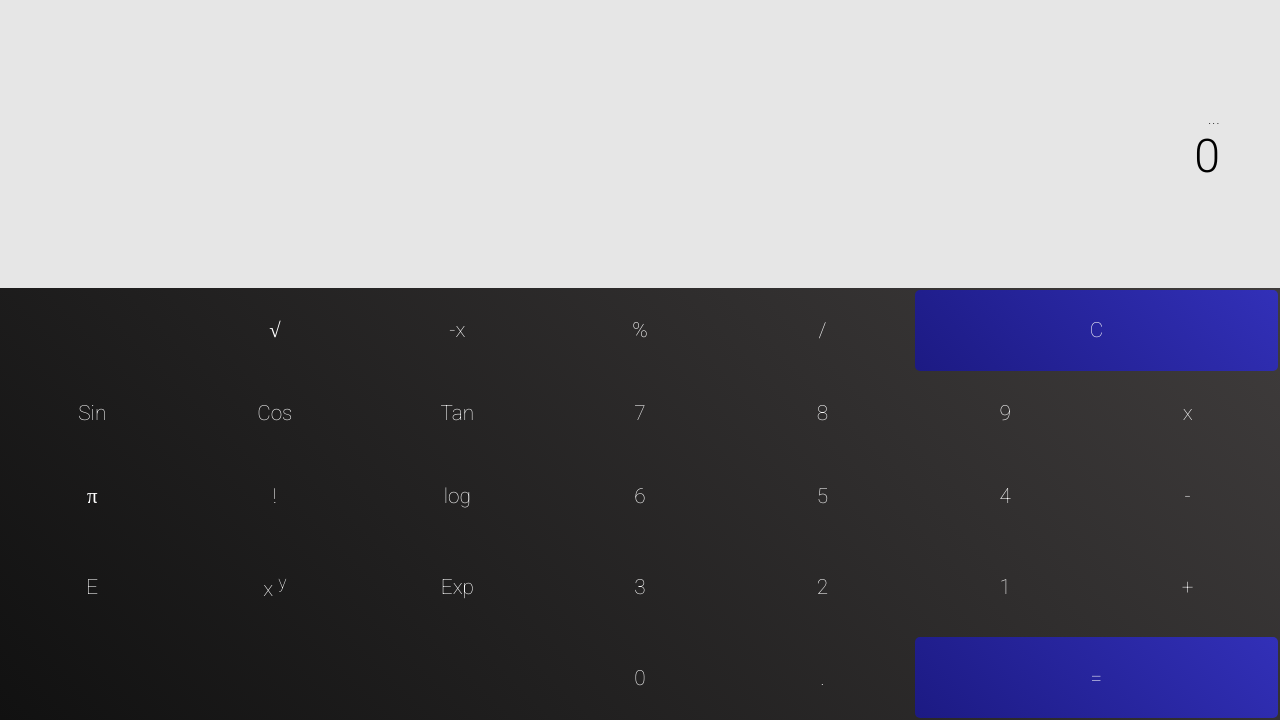
Repository: iamevs/calculator-electron-js
Page: src/index.html
An editor plug-in stored every save of this project. The page is shown before and after the next save, followed by the edit.
The browser window is 1280 px wide. The pictures show the whole page.

Above is the page before, as saved 2022-11-01 16:54:44.

### src/index.html
<!DOCTYPE html>
<html>
  <head>
    <meta charset="UTF-8">
    <title>Calculator</title>
    <link rel="preconnect" href="https://fonts.gstatic.com">
    <link href="https://fonts.googleapis.com/css2?family=Roboto:wght@100;300&display=swap" rel="stylesheet">
    <link rel="stylesheet" href="index.css">
  </head>
  <body>

    <!-- Display Calculator -->

    <div class="calc_display" >
        <p>...</p>
        <p>0</p>
    </div>

    <!-- Buttons Calculator -->
    <div class="calc_keys">
        <table>
            <tr>
                <td></td>
                <td data-function="root">√</td>
                <td data-function="negpos">-x</td>
                <td data-function="percent">%</td>
                <td data-function="divide">/</td>
                <td data-function="clear" colspan="2" class="clear-enable">C</td>
            </tr>
            <tr>
                <td data-function="sin">Sin</td>
                <td data-function="cos">Cos</td>
                <td data-function="tan">Tan</td>
                <td class="number" >7</td>
                <td class="number" >8</td>
                <td class="number" >9</td>
                <td data-function="multiply">x</td>
            </tr>
            <tr>
                <td data-function="pi">π</td>
                <td data-function="fact">!</td>
                <td data-function="log">log</td>
                <td class="number" >6</td>
                <td class="number" >5</td>
                <td class="number" >4</td>
                <td data-function="sub">-</td>
            </tr>
            <tr>
                <td data-function="e">E</td>
                <td data-function="pot">x <sup>y</sup></td>
                <td data-function="exp">Exp</td>
                <td class="number" >3</td>
                <td class="number" >2</td>
                <td class="number" >1</td>
                <td data-function="add">+</td>
            </tr>
            <tr>
                <td class="space_button" colspan="3"></td>
                <td class="number" colspan="1" >0</td>
                <td data-function="decimal" colspan="1" >.</td>
                <td colspan="2" id='calc-equal' data-function="equal">=</td>
            </tr>
        </table>
    </div>
  </body>
  <script src="calculator.js"></script>
</html>

### src/index.css
html,
body {

  width: 100%;
  height: 100vh;
}

:root {

  --ButtonColor: rgb(64, 64, 64);
  --DisplayColor: rgb(230, 230, 230);
  --ButtonHover: rgb(63, 63, 63);
}
* {

  padding: 0;
  margin: 0;

  font-family: 'Roboto';
  font-weight: 100;
  color: white;

  box-sizing: border-box;
  -moz-box-sizing: border-box;
  -webkit-box-sizing: border-box;

  outline: none;
  border: 0;
}

.calc_display {

  width: 100%;
  height: 40%;
  background-color: var(--DisplayColor);

  display: flex;
  justify-content: center;
  align-items: flex-end;
  flex-direction: column;

  position: relative;

  padding-right: 60px;
}

.calc_display :nth-child(1) {

  font-size: 1.2rem;
  color: black;
}

.calc_display :nth-child(2) {

  font-size: 2.9rem;
  color: black;
  font-weight: 300;
}

.calc_keys .disabled {

  background-color: rgba(255, 0, 0, 0.04);
}

.calc_keys .disabled:hover {

  background: rgba(255, 0, 0, 0.04);
}

.calc_keys {

  width: 100%;
  height: 60%;
  display: grid;

  background: linear-gradient(45deg, rgb(17, 17, 17), rgb(63, 60, 60));
}

.calc_keys table {

  width: 100%;
  height: 100%;
}

.calc_keys td {

  width: 180px;
  transition: 0.9s cubic-bezier(0.215, 0.610, 0.355, 1);

  text-align: center;
  font-size: 1.3rem;

  border-radius: 5px;
}

.calc_keys td:hover {

  background: linear-gradient(45deg, rgb(28, 26, 131), rgb(50, 48, 184));
  /* transform: scale(1.1); */
}


.space_button {

  opacity: 0;
}

#calc-equal, .clear-enable {

  background: linear-gradient(45deg, rgb(28, 26, 131), rgb(50, 48, 184))
}

### src/calculator.js
var DisplayCalculator = document.querySelector('.calc_display')
var MainDisplay = document.querySelector('.calc_display :nth-child(2)')
var HistoricDisplay = document.querySelector('.calc_display :nth-child(1)')
var CalculatorKeys = document.querySelectorAll('td')

CalculatorKeys.forEach(item => {

    item.onclick = (ev) => {

        const key = ev.target
        const OperatorAction = key.dataset.function? key.dataset.function : 'number'
        var MainNum = MainDisplay.textContent
if(OperatorAction == 'decimal' && !MainDisplay.textContent.includes('.')){
    MainDisplay.textContent = MainDisplay.textContent + '.'
}
if(OperatorAction == 'clear'){
    MainDisplay.textContent = '0'
    HistoricDisplay.textContent = '...'

    DisplayCalculator.dataset.firstvalue = null
    DisplayCalculator.dataset.operatorKey = null
}

if(OperatorAction == 'negpos'){
    if(MainDisplay.textContent !== '0'){
      if(MainDisplay.textContent.includes('-')){
        MainDisplay.textContent = MainDisplay.textContent.replace('-', '')
      }else{
        MainDisplay.textContent = '-' + MainDisplay.textContent
    }
  }
}

if(OperatorAction == 'add' || OperatorAction == 'sub' || OperatorAction == 'divide' || OperatorAction == 'multiply' || OperatorAction == 'pot' || OperatorAction == 'percent'){
    DisplayCalculator.dataset.firstvalue = MainDisplay.textContent
    DisplayCalculator.dataset.operatorKey = OperatorAction

    HistoricDisplay.textContent = MainDisplay.textContent + `  ${key.textContent}`
    decimalCount = 0
    MainDisplay.textContent = '0'
}

if(OperatorAction == 'equal'){
    if(DisplayCalculator.dataset.firstvalue !== '' && DisplayCalculator.dataset.operatorKey !== ''){
        if(DisplayCalculator.dataset.firstvalue && DisplayCalculator.dataset.operatorKey){

        const firstValue = DisplayCalculator.dataset.firstvalue
        const operator = DisplayCalculator.dataset.operatorKey
        const secondValue =  MainDisplay.textContent

        MainDisplay.textContent = SimpleCalculate(firstValue, operator, secondValue)

        HistoricDisplay.textContent = HistoricDisplay.textContent + ' ' + secondValue

        DisplayCalculator.dataset.firstvalue = ''
        DisplayCalculator.dataset.operatorKey = ''
            }
    }
}
function SimpleCalculate(n1, operator, n2) {

    let result = ''

    var Number1 = parseFloat(n1)
    var Number2 = parseFloat(n2)

    switch (operator) {
        case 'add':
            result = Number1 + Number2
        break;
        case 'sub':
            result = Number1 - Number2
        break;
        case 'multiply':
            result = Number1 * Number2
        break;
        case 'divide':
            result = Number1 / Number2
        break;
        case 'percent':
            result = percent(Number1, Number2)
        break;
         case 'pot':
            result = Math.pow(Number1, Number2)
        break;
    }
    return result.toString()
}

function percent(percent, total) {
    return ((percent/ 100) * total).toFixed(2)
}

switch (OperatorAction) {
    case 'root':
        MainDisplay.textContent = Math.sqrt(MainDisplay.textContent)
    break;
    case 'tan':
        MainDisplay.textContent = Math.tan(MainDisplay.textContent)
    break;
    case 'sin':
        MainDisplay.textContent = Math.sin(MainDisplay.textContent)
    break;
    case 'cos':
        MainDisplay.textContent = Math.cos(MainDisplay.textContent)
    break;
    case 'log':
        MainDisplay.textContent = Math.log(MainDisplay.textContent)
    break;
    case 'exp':
        MainDisplay.textContent = Math.exp(MainDisplay.textContent)
    break;
    case 'e':
        MainDisplay.textContent = Math.E
    break;
    case 'pi':
        MainDisplay.textContent = Math.PI
    break;
}

if(OperatorAction == 'fact'){

function CalcFact(Number1){
if(Number1 == 0 || Number1 == 1){

    return 1;
}else{

    return Number1 * CalcFact(Number1 - 1);
}}
    MainDisplay.textContent = CalcFact(MainDisplay.textContent)
}

if(OperatorAction === 'number'){
    if(MainNum === '0'){

        MainDisplay.textContent = key.textContent
    }else{

        MainDisplay.textContent = MainNum + key.textContent
    }
   }
  }
})

After the next save:
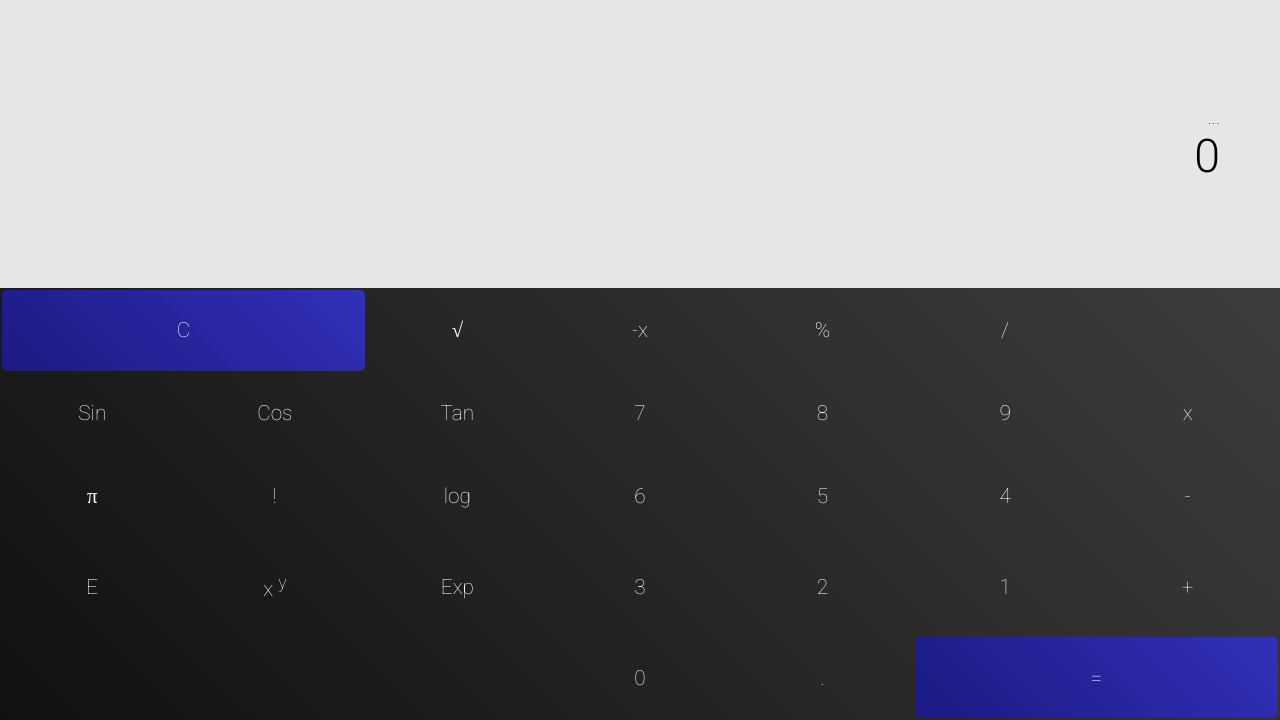
Saved 51 s later.
--- a/src/index.html
+++ b/src/index.html
@@ -20,12 +20,12 @@
     <div class="calc_keys">
         <table>
             <tr>
-                <td></td>
+                <td data-function="clear" colspan="2" class="clear-enable">C</td>
                 <td data-function="root">√</td>
                 <td data-function="negpos">-x</td>
                 <td data-function="percent">%</td>
                 <td data-function="divide">/</td>
-                <td data-function="clear" colspan="2" class="clear-enable">C</td>
+                <td></td>
             </tr>
             <tr>
                 <td data-function="sin">Sin</td>
